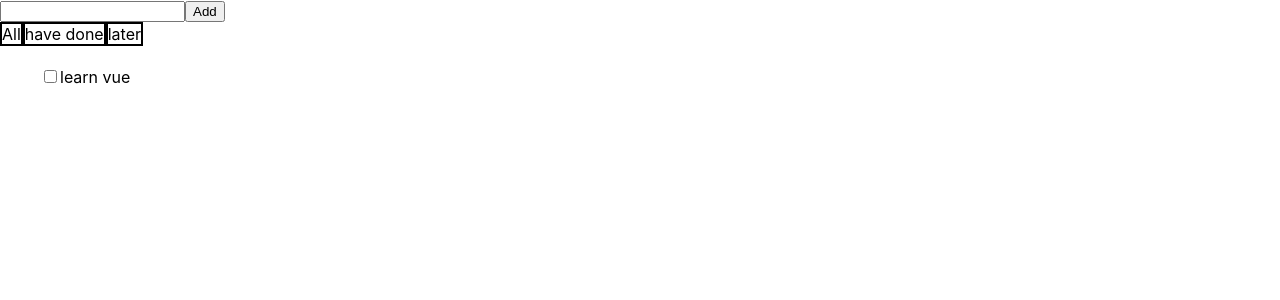
Repository: yurensmile/todolist
Page: /
These files come from the project's save history. The page is drawn as it stood at one moment and after the next save; the edit follows.
The browser window is 1280 px wide. The pictures show the whole page.
The project was rebuilt for these pictures with package versions that can differ from the ones it lists, and the page was loaded fresh each time.

Above is the page before, as saved 2019-03-18 16:01:04.

After the next save:
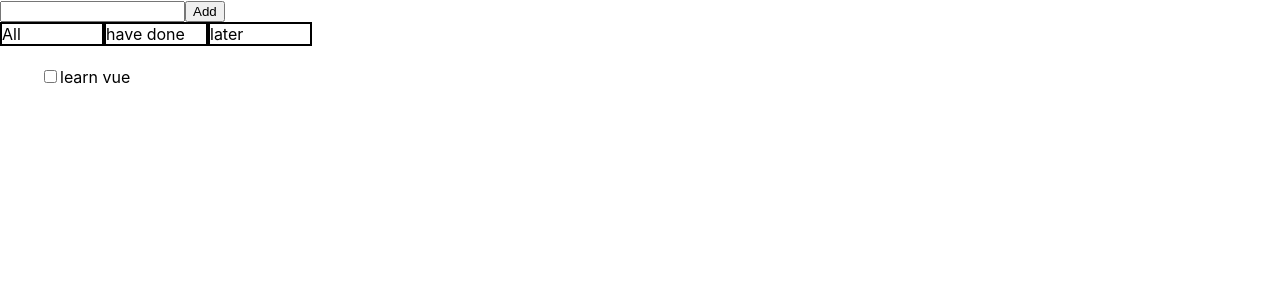
Saved 13 s later.
--- a/src/App.css
+++ b/src/App.css
@@ -15,7 +15,7 @@ li{
 }
 .choice{
   display: inline-block;
-  owidth: 33%;
+  width: 100px;
   border:2px solid;
 }
 .toggle{
